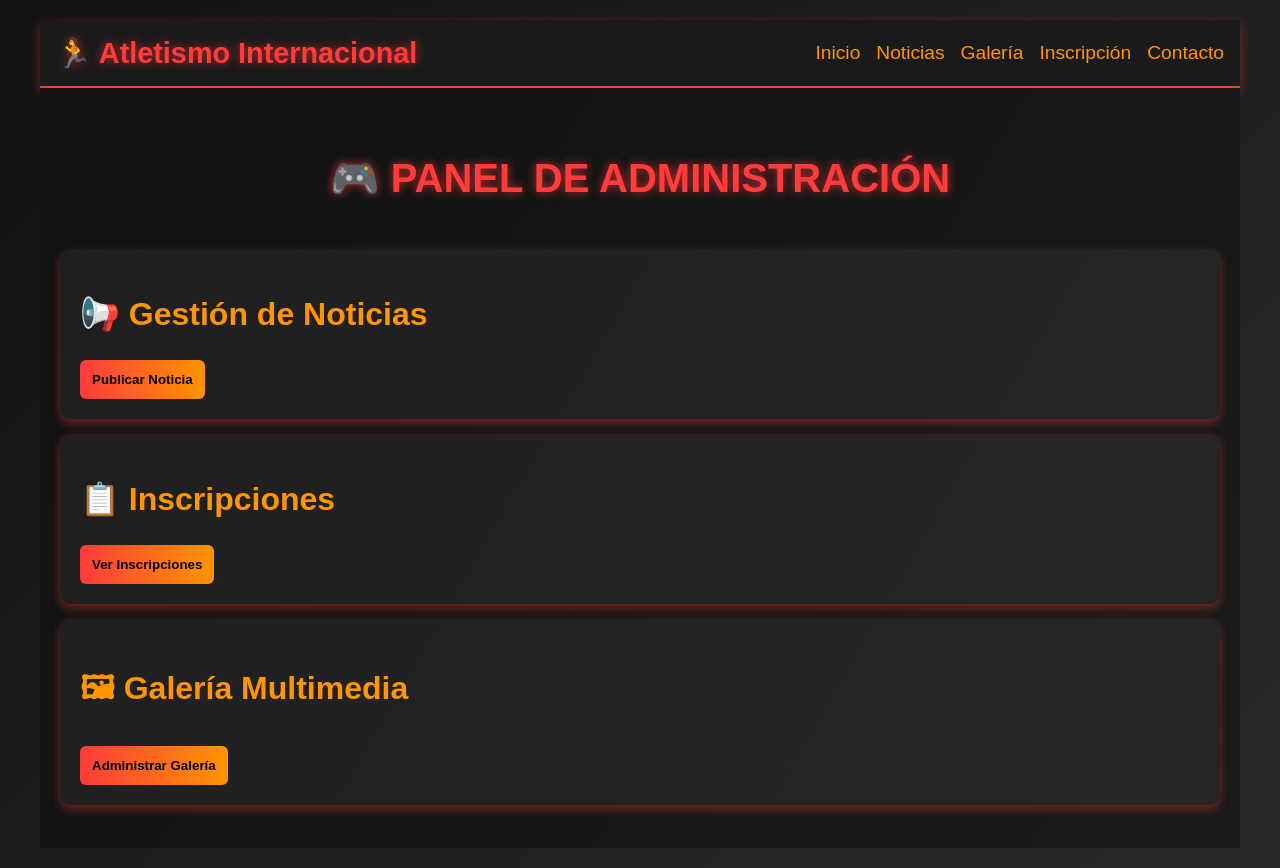
Repository: demoniers/web-meeting
Page: /panel
These files come from the project's save history. The page is drawn as it stood at one moment and after the next save; the edit follows.
The browser window is 1280 px wide. The pictures show the whole page.
The page's requests for data from a server got no answer. The project was rebuilt for these pictures with package versions that can differ from the ones it lists, and the page was loaded fresh each time. No one was signed in, and anything a server would have sent is missing. Also part of the build but not shown: vite.config.js, src/pages/Home.jsx, src/pages/Noticias.jsx, src/pages/Galeria.jsx, src/pages/Inscripcion.jsx, src/pages/Login.jsx, src/pages/Register.jsx.

Above is the page before, as saved 2025-05-08 12:51:41.

### src/index.css
@tailwind base;
@tailwind components;
@tailwind utilities;

body {
  background-color: #121212;
  color: #f1f1f1;
  font-family: "Arial", sans-serif;
}

h1 {
  font-size: 2rem;
  font-weight: bold;
  text-align: center;
  color: #00ff99;
}

button {
  background-color: #00ff99;
  color: black;
  padding: 10px;
  border-radius: 5px;
  transition: background 0.3s ease-in-out;
}

button:hover {
  background-color: #ffffff;
}

### src/App.jsx
import { Routes, Route } from "react-router-dom";
import Navbar from "./components/Navbar";
import Home from "./pages/Home";
import Noticias from "./pages/Noticias";
import Galeria from "./pages/Galeria";
import Inscripcion from "./pages/Inscripcion";
import Login from "./pages/Login";
import styles from './styles/globalStyles.module.css';
import Register from "./pages/Register";
import PanelAdmin from "./pages/Panel";

export default function App() {
  return (
    <div className={styles.container}>
      <Navbar />
      <Routes>
        <Route path="/" element={<Home />} />
        <Route path="/noticias" element={<Noticias />} />
        <Route path="/galeria" element={<Galeria />} />
        <Route path="/inscripcion" element={<Inscripcion />} />
        <Route path="/login" element={<Login />} />
        <Route path="/register" element={<Register />} />
        <Route path="/panel" element={<PanelAdmin />} />
      </Routes>
    </div>
  );
}

### src/components/Navbar.jsx
import { Link } from "react-router-dom";
import styles from "./Navbar.module.css"; // Importamos los estilos

export default function Navbar() {
  return (
    <nav className={styles.navbar}>
      <div className={styles.logo}>🏃 Atletismo Internacional</div>
      <div className={styles.links}>
        <Link to="/" className={styles.link}>Inicio</Link>
        <Link to="/noticias" className={styles.link}>Noticias</Link>
        <Link to="/galeria" className={styles.link}>Galería</Link>
        <Link to="/inscripcion" className={styles.link}>Inscripción</Link>
        <Link to="/contacto" className={styles.link}>Contacto</Link>
      </div>
    </nav>
  );
}

### src/styles/globalStyles.module.css
/* 🎮 Fondo estilo gaming */
body {
  background: linear-gradient(135deg, #121212, #2a2a2a);
  color: #e0e0e0; /* Gris claro en lugar de blanco puro */
  font-family: "Orbitron", sans-serif; /* Fuente futurista */
  margin: 0;
  padding: 0;
}

/* 🔹 Contenedores y estructura */
.container {
  max-width: 1200px;
  margin: auto;
  padding: 20px;
}

/* ⚡ Efecto de borde en títulos */
h1 {
  font-size: 2.8rem;
  font-weight: bold;
  text-align: center;
  color: #ff3b3b;
  text-transform: uppercase;
  text-shadow: 0px 0px 15px rgba(255, 59, 59, 0.6);
}

h2 {
  font-size: 2rem;
  font-weight: bold;
  color: #ff9500;
}

/* 🖼️ Tarjetas con estilo cyber */
.card {
  background-color: rgba(255, 255, 255, 0.05);
  border-radius: 10px;
  padding: 20px;
  margin: 15px 0;
  box-shadow: 0 4px 10px rgba(255, 59, 59, 0.4);
}

/* 🎮 Botones inspirados en videojuegos */
.button {
  background: linear-gradient(90deg, #ff3b3b, #ff9500);
  color: black;
  font-weight: bold;
  padding: 12px;
  border-radius: 6px;
  transition: transform 0.3s ease-in-out;
  cursor: pointer;
  border: none;
}

.button:hover {
  transform: scale(1.1);
  box-shadow: 0px 0px 10px rgba(255, 59, 59, 0.8);
}

/* 📱 Estilos responsivos */
@media (max-width: 768px) {
  .container {
    padding: 10px;
  }

  h1 {
    font-size: 2rem;
  }

  .card {
    padding: 15px;
  }
}

### src/pages/Panel.jsx
import { useEffect, useState } from "react";
import styles from "../styles/adminPanel.module.css";

export default function Panel() {
  const [news, setNews] = useState([]);
  const [newArticle, setNewArticle] = useState({ title: "", content: "" });

  const [inscripciones, setInscripciones] = useState([]);
  const [gallery, setGallery] = useState([]);
  const [file, setFile] = useState(null);

  useEffect(() => {
    const token = localStorage.getItem("token");

    fetch("http://localhost:5000/news", {
      headers: { Authorization: `Bearer ${token}` },
    })
      .then((res) => res.json())
      .then((data) => setNews(data));

    fetch("http://localhost:5000/inscripciones", {
      headers: { Authorization: `Bearer ${token}` },
    })
      .then((res) => res.json())
      .then((data) => setInscripciones(data));

    fetch("http://localhost:5000/galeria")
      .then((res) => res.json())
      .then((data) => setGallery(data));
  }, []);

  // ✅ Publicar noticia
  const handleCreateNews = async () => {
    const token = localStorage.getItem("token");
    await fetch("http://localhost:5000/news", {
      method: "POST",
      headers: { "Content-Type": "application/json", Authorization: `Bearer ${token}` },
      body: JSON.stringify(newArticle),
    });
    alert("✅ Noticia publicada");
    window.location.reload();
  };

  // 🗑 Eliminar noticia
  const handleDeleteNews = async (id) => {
    const token = localStorage.getItem("token");
    await fetch(`http://localhost:5000/news/${id}`, {
      method: "DELETE",
      headers: { Authorization: `Bearer ${token}` },
    });
    alert("🗑 Noticia eliminada");
    window.location.reload();
  };

  // 📸 Subir imagen/video a galería
  const handleUpload = async () => {
    const token = localStorage.getItem("token");
    const formData = new FormData();
    formData.append("file", file);

    await fetch("http://localhost:5000/galeria", {
      method: "POST",
      headers: { Authorization: `Bearer ${token}` },
      body: formData,
    });
    alert("📸 Archivo subido");
    window.location.reload();
  };

  // 🗑 Eliminar archivo de galería
  const handleDeleteMedia = async (id) => {
    const token = localStorage.getItem("token");
    await fetch(`http://localhost:5000/galeria/${id}`, {
      method: "DELETE",
      headers: { Authorization: `Bearer ${token}` },
    });
    alert("🗑 Archivo eliminado");
    window.location.reload();
  };

  return (
    <div className={styles["panel-container"]}>
      <h1 className={styles["panel-header"]}>🎮 Panel de Administración</h1>

      <div className={styles["panel-card"]}>
        <h2>📢 Gestión de Noticias</h2>
        <button className={styles["panel-button"]}>Publicar Noticia</button>
      </div>

      <div className={styles["panel-card"]}>
        <h2>📋 Inscripciones</h2>
        <button className={styles["panel-button"]}>Ver Inscripciones</button>
      </div>

      <div className={styles["panel-card"]}>
        <h2>🖼 Galería Multimedia</h2>
        <button className={styles["panel-button"]}>Administrar Galería</button>
      </div>
    </div>
  );
}

### src/components/Navbar.module.css
/* 🔥 Estilo de la barra de navegación */
.navbar {
  background-color: #1a1a1a;
  padding: 1rem;
  display: flex;
  justify-content: space-between;
  align-items: center;
  border-bottom: 2px solid #ff3b3b;
  box-shadow: 0 4px 10px rgba(255, 59, 59, 0.4);
}

/* 🏆 Logo con estilo neón */
.logo {
  font-size: 1.8rem;
  font-weight: bold;
  color: #ff3b3b;
  text-shadow: 0px 0px 10px rgba(255, 59, 59, 0.7);
}

/* 🔗 Estilos de enlaces */
.links {
  display: flex;
  gap: 1rem;
}

.link {
  color: #ff9500;
  font-size: 1.2rem;
  text-decoration: none;
  transition: all 0.3s ease-in-out;
  position: relative;
}

/* 💡 Efecto de iluminación en hover */
.link:hover {
  color: #ffffff;
  text-shadow: 0px 0px 8px rgba(255, 149, 0, 0.8);
}

/* 🎮 Línea de neón animada en hover */
.link::after {
  content: "";
  display: block;
  width: 0;
  height: 3px;
  background: #ff3b3b;
  transition: width 0.3s;
  position: absolute;
  bottom: -5px;
  left: 50%;
  transform: translateX(-50%);
}

.link:hover::after {
  width: 100%;
}

/* 📱 Diseño responsivo */
@media (max-width: 768px) {
  .navbar {
    flex-direction: column;
    text-align: center;
  }

  .links {
    flex-direction: column;
  }

  .link {
    font-size: 1rem;
  }
}

### src/styles/adminPanel.module.css
/* 🎮 Fondo del panel */
.panel-container {
    background: linear-gradient(120deg, #121212, #1a1a1a);
    color: #e0e0e0;
    font-family: "Orbitron", sans-serif;
    padding: 20px;
    min-height: 100vh;
  }

  /* 🔥 Encabezado del panel */
  .panel-header {
    text-align: center;
    font-size: 2.5rem;
    font-weight: bold;
    color: #ff3b3b;
    text-shadow: 0px 0px 10px rgba(255, 59, 59, 0.7);
    padding: 20px;
  }

  /* 🏆 Tarjetas de gestión */
  .panel-card {
    background: rgba(255, 255, 255, 0.05);
    border-radius: 10px;
    padding: 20px;
    margin: 15px 0;
    box-shadow: 0 4px 10px rgba(255, 59, 59, 0.4);
    transition: transform 0.3s ease-in-out;
  }

  .panel-card:hover {
    transform: scale(1.02);
  }

  /* 🔗 Botones de acción */
  .panel-button {
    background: linear-gradient(90deg, #ff3b3b, #ff9500);
    color: black;
    font-weight: bold;
    padding: 12px;
    border-radius: 6px;
    transition: all 0.3s ease-in-out;
    cursor: pointer;
    border: none;
  }

  .panel-button:hover {
    transform: scale(1.1);
    box-shadow: 0px 0px 10px rgba(255, 59, 59, 0.8);
  }

  /* 📱 Estilos responsivos */
  @media (max-width: 768px) {
    .panel-header {
      font-size: 2rem;
    }

    .panel-card {
      padding: 15px;
    }
  }

Loaded but not shown: index.html (common file); src/main.jsx (common file)

After the next save:
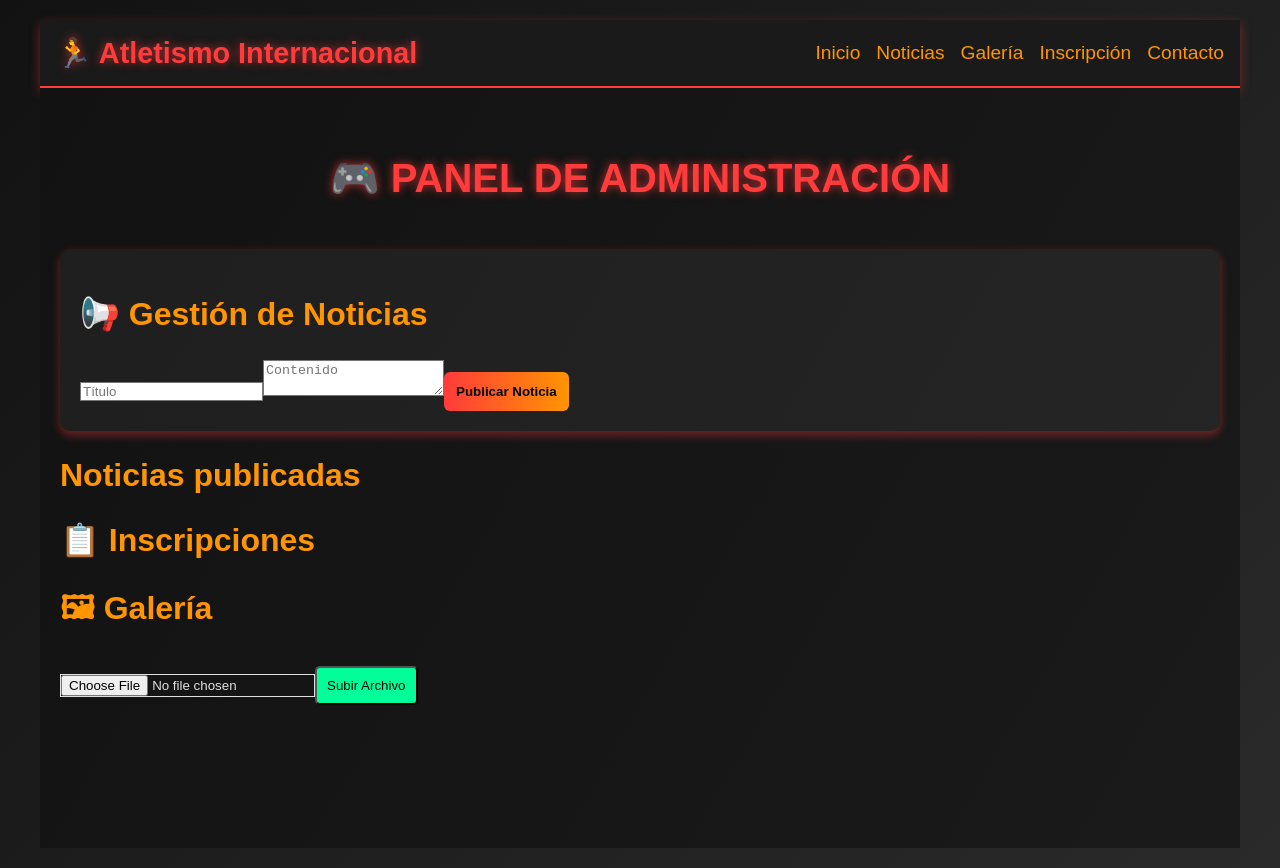
Saved 116 s later.
--- a/src/pages/Panel.jsx
+++ b/src/pages/Panel.jsx
@@ -77,15 +77,7 @@ export default function Panel() {
     alert("🗑 Archivo eliminado");
     window.location.reload();
   };
-
-  return (
-    <div className={styles["panel-container"]}>
-      <h1 className={styles["panel-header"]}>🎮 Panel de Administración</h1>
-
-      <div className={styles["panel-card"]}>
-        <h2>📢 Gestión de Noticias</h2>
-        <button className={styles["panel-button"]}>Publicar Noticia</button>
-      </div>
+/*
 
       <div className={styles["panel-card"]}>
         <h2>📋 Inscripciones</h2>
@@ -96,6 +88,50 @@ export default function Panel() {
         <h2>🖼 Galería Multimedia</h2>
         <button className={styles["panel-button"]}>Administrar Galería</button>
       </div>
+    </div>*/
+  return (
+
+    <div className={styles["panel-container"]}>
+      <h1 className={styles["panel-header"]}>🎮 Panel de Administración</h1>
+
+      {/* 📢 Gestión de Noticias */}
+      <div className={styles["panel-card"]}>
+        <h2>📢 Gestión de Noticias</h2>
+      <input name="title" placeholder="Título" onChange={(e) => setNewArticle({ ...newArticle, title: e.target.value })} className="border p-2" />
+      <textarea name="content" placeholder="Contenido" onChange={(e) => setNewArticle({ ...newArticle, content: e.target.value })} className="border p-2"></textarea>
+
+      <button className={styles["panel-button"]}>Publicar Noticia</button>
+      </div>
+      <h2 className="text-red-400 text-xl mt-6">Noticias publicadas</h2>
+      {news.map((article) => (
+        <div key={article.id} className="border p-4">
+          <h2>{article.title}</h2>
+          <p>{article.content}</p>
+          <button className="bg-red-600 p-2 mt-2 text-black" onClick={() => handleDeleteNews(article.id)}>Eliminar</button>
+        </div>
+      ))}
+
+      {/* 📋 Gestión de Inscripciones */}
+      <h2 className="text-orange-400 text-2xl mt-6">📋 Inscripciones</h2>
+      {inscripciones.map((inscripcion) => (
+        <div key={inscripcion.id} className="border p-4">
+          <p><strong>Nombre:</strong> {inscripcion.nombre} {inscripcion.apellidos}</p>
+          <p><strong>Email:</strong> {inscripcion.email}</p>
+          <p><strong>Prueba:</strong> {inscripcion.prueba}</p>
+        </div>
+      ))}
+
+      {/* 🖼 Gestión de Galería */}
+      <h2 className="text-red-400 text-2xl mt-6">🖼 Galería</h2>
+      <input type="file" onChange={(e) => setFile(e.target.files[0])} className="border p-2" />
+      <button onClick={handleUpload} className="bg-red-500 p-2 text-black">Subir Archivo</button>
+
+      {gallery.map((media) => (
+        <div key={media.id} className="border p-4">
+          {media.tipo === "imagen" ? <img src={media.archivo} className="w-full" /> : <video src={media.archivo} controls className="w-full" />}
+          <button onClick={() => handleDeleteMedia(media.id)} className="bg-red-600 p-2 mt-2 text-black">Eliminar</button>
+        </div>
+      ))}
     </div>
   );
 }
